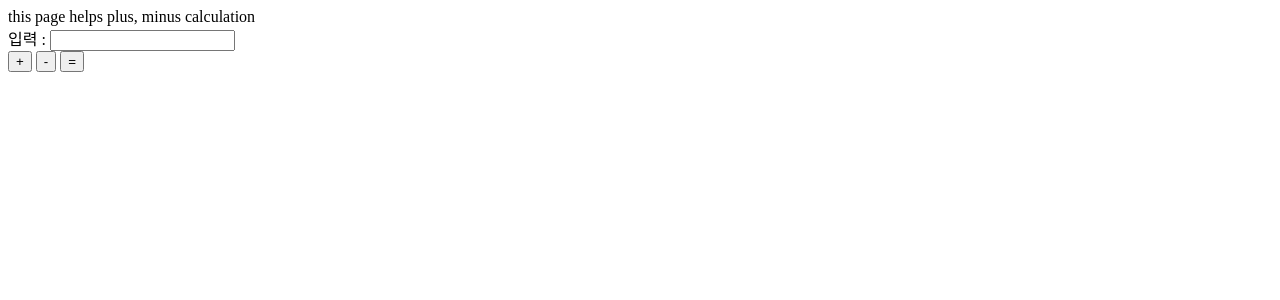
Repository: Jason-TG/workspace
Page: http://localhost/JSP_Project/calc.jsp
These files come from the project's save history. The page is drawn as it stood at one moment and after the next save; the edit follows.
The browser window is 1280 px wide. The pictures show the whole page.
The page is served by Tomcat 9.

Above is the page before, as saved 2021-07-09 05:59:30.

After the next save:
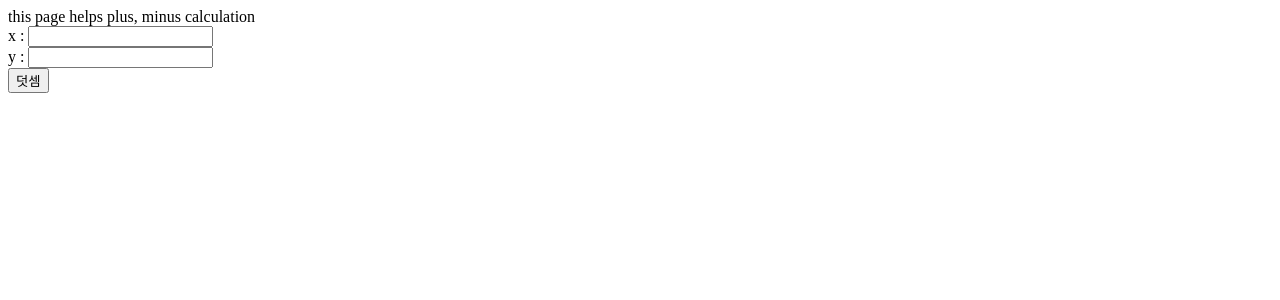
Saved 4 min 7 s later.
--- a/JSP_Project/src/main/webapp/calc.jsp
+++ b/JSP_Project/src/main/webapp/calc.jsp
@@ -19,13 +19,13 @@
 				<label>this page helps plus, minus calculation</label>
 			</div>
 			<div>
-				<label>입력 : </label> <input type="text" name="v" />
+				<label>x : </label> <input type="text" name="x" />
 			</div>
-
 			<div>
-				<input type="submit" name="operator" value="+" />
-				<input type="submit" name="operator" value="-" />
-				<input type="submit" name="operator" value="=" />
+				<label>y : </label> <input type="text" name="y" />
+			</div>
+			<div>
+				<input type="submit" name="operator" value="덧셈" />
 				<!-- input 태그는 name값(키값)이 있으면 데이터가 전달된다.  -->
 				<!-- type 속성의 값이 submit인 경우 value 속성의 값이 밸류로 전달된다. -->
 			</div>
